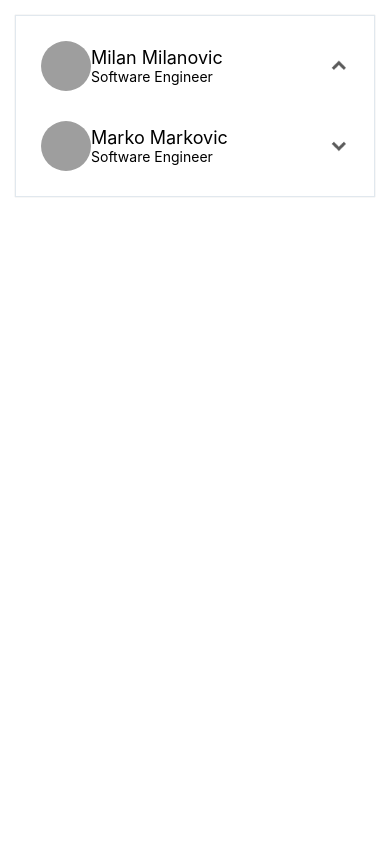
Repository: likanbl/intern-feature
Screen: /, after clicking the first element matching `div.r-alignItems-1awozwy`
The author's editor kept a copy of each file at every save. The screen is drawn from the files as they stood at one save, then again after the next save.
Pictures or frames that could not be fetched are drawn as grey boxes. The app was drawn by React Native's web renderer in a window 390 px wide. The project was rebuilt for these pictures with package versions that can differ from the ones it lists, and the page was loaded fresh each time.

Above is the screen before, as saved 2019-09-13 13:47:31.

### App.js
/**
 * Sample React Native App
 * https://github.com/facebook/react-native
 *
 * @format
 * @flow
 */

import React, {Component} from 'react';

import Home from './src/components/home/Home';

export default class App extends Component {
  render() {
    return <Home></Home>;
  }
}

### src/components/home/Home.js
import React, {Component} from 'react';
import {View, FlatList, Text, StyleSheet} from 'react-native';
import {Card} from 'react-native-elements';
import {HomeItem} from './HomeItem';

const Data = [
  {
    Name: 'Milan Milanovic',
    role: 'Software Engineer',
    more: {
      linkedIn: 'https://www.linkedin.com/feed/',
      skills: 'JavaScript, React Native',
      additionalInfo:
        'Lorem ipsum dolor sit amet, consectetur adipiscing elit, sed do eiusmod tempor incididunt ut labore et dolore magna aliqua.',
    },
  },
  {
    Name: 'Marko Markovic',
    role: 'Software Engineer',
    more: {
      linkedIn: 'https://www.linkedin.com/feed/',
      skills: 'Python, Machine Learning',
      additionalInfo:
        'Lorem ipsum dolor sit amet, consectetur adipiscing elit, sed do eiusmod tempor incididunt ut labore et dolore magna aliqua.',
    },
  },
];
export default class Home extends Component {
  renderItem = ({item}) => <HomeItem item={item} />;

  render() {
    return (
      <Card>
        <View style={StyleSheet.container}>
          <FlatList
            data={Data}
            renderItem={this.renderItem}
            keyExtractor={Data.id}
          />
        </View>
      </Card>
    );
  }
}

### src/components/home/HomeItem.js
import React, {Component} from 'react';
import {
  View,
  Text,
  Image,
  TouchableWithoutFeedback,
  StyleSheet,
} from 'react-native';
import PropTypes from 'prop-types';
import {images} from '../../assets/images';
import {Avatar} from 'react-native-elements';

const propTypes = {
  item: PropTypes.object,
};

class HomeItem extends Component {
  state = {
    isSelected: false,
  };

  onPress = () => {
    this.setState((prevState, prevProps) => ({
      isSelected: !prevState.isSelected,
    }));
  };

  renderDetails = () => (
    <View style={styles.titleContainer}>
      <Text style={styles.description}>{this.props.item.additionalInfo}</Text>
    </View>
  );

  render() {
    const {isSelected} = this.state;
    return (
      <View style={styles.container}>
        <TouchableWithoutFeedback onPress={this.onPress}>
          <View style={styles.titleContainer}>
            <Avatar
              size="medium"
              rounded
              source={{
                uri:
                  'https://s3.amazonaws.com/uifaces/faces/twitter/ladylexy/128.jpg',
              }}
            />
            <View style={styles.nameRole}>
              <Text style={styles.title}>{this.props.item.Name}</Text>
              <Text style={styles.role}>{this.props.item.role}</Text>
            </View>
            <Image
              source={isSelected ? images.close : images.expand}
              style={styles.image}
            />
          </View>
        </TouchableWithoutFeedback>
        {isSelected && this.renderDetails()}
      </View>
    );
  }
}
HomeItem.propTypes = propTypes;

const styles = StyleSheet.create({
  nameRole: {
    flex: 1,
  },
  container: {
    flex: 1,
    flexDirection: 'column',
    margin: 10,
  },
  titleContainer: {
    flexDirection: 'row',
    justifyContent: 'space-around',
    alignItems: 'center',
  },
  title: {
    flex: 1,
    fontSize: 18,
  },
  role: {
    flex: 1,
    fontSize: 14,
  },
  description: {
    flex: 1,
    fontSize: 22,
    color: 'gray',
    paddingTop: 10,
  },
  image: {
    width: 20,
    height: 20,
  },
});

export {HomeItem};

### src/assets/images.js
export const images = {
  expand: require('../../resources/expand.png'),
  close: require('../../resources/close.png'),
};

After the next save:
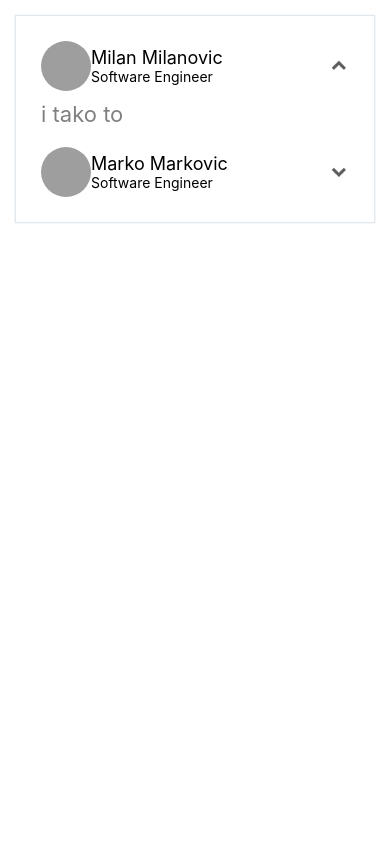
Saved 2 min 44 s later.
--- a/src/components/home/HomeItem.js
+++ b/src/components/home/HomeItem.js
@@ -27,7 +27,7 @@ class HomeItem extends Component {
 
   renderDetails = () => (
     <View style={styles.titleContainer}>
-      <Text style={styles.description}>{this.props.item.additionalInfo}</Text>
+      <Text style={styles.description}>i tako to</Text>
     </View>
   );
 
